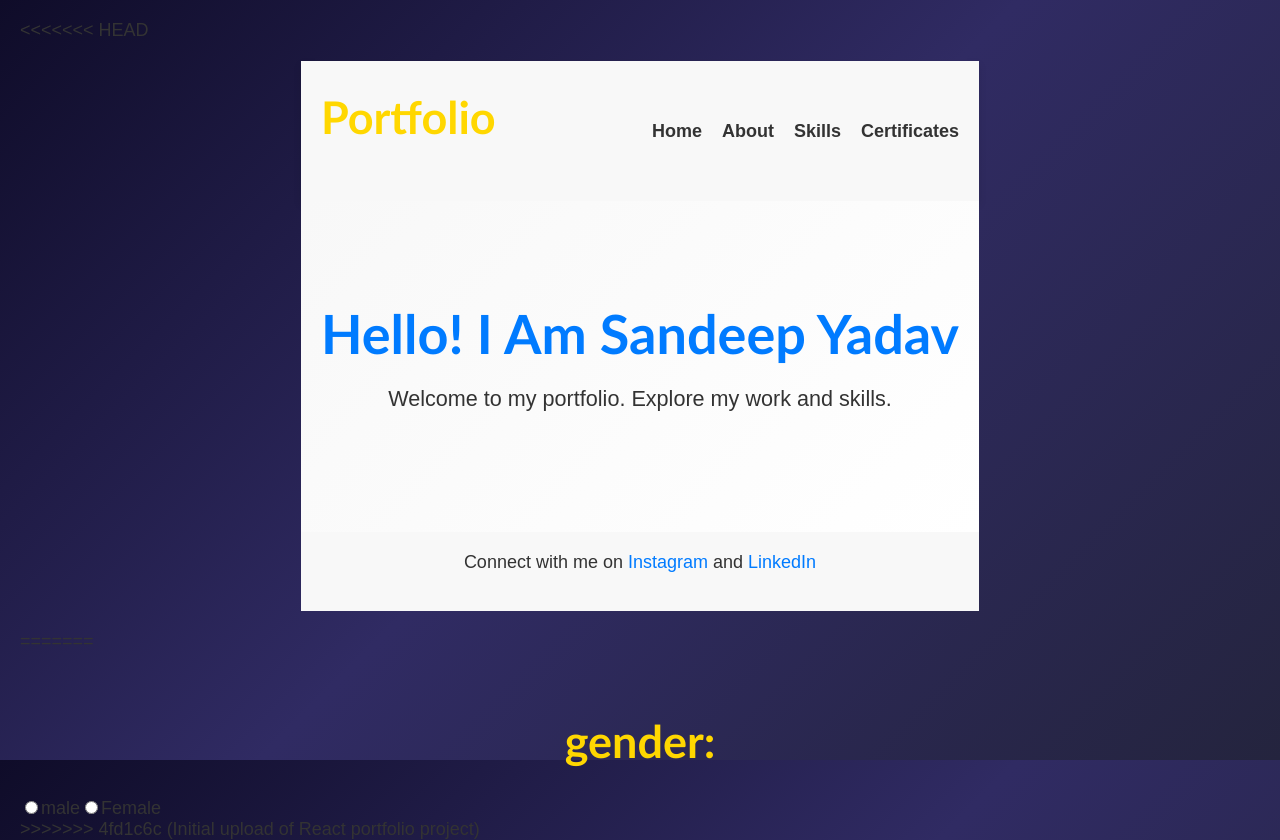
Repository: SandeepYadav18717/Sandeep_portfolio
Page: /
An editor plug-in stored every save of this project. The page is shown before and after the next save, followed by the edit.
The browser window is 1280 px wide. The pictures show the whole page.
The project was rebuilt for these pictures with package versions that can differ from the ones it lists, and the page was loaded fresh each time. Also part of the build but not shown: vite.config.js, src/index.css, src/App.css, src/Navbar/Navbar.jsx, src/Pages/Home.css, src/Pages/Index.jsx, src/Cards/Cards.jsx, src/Pages/Skills.jsx and 3 more.

Above is the page before, as saved 2025-08-30 07:46:11.

### index.html
<<<<<<< HEAD
 <!DOCTYPE html>
<html lang="en">
<head>
    <meta charset="UTF-8">
    <meta name="viewport" content="width=device-width, initial-scale=1.0">
    <title>Portfolio - Sandeep Yadav</title>
    <style>
        body {
            margin: 0;
            font-family: 'Arial', sans-serif;
            background-color: #ffffff;
            color: #333333;
            height: 100vh;
            display: flex;
            flex-direction: column;
            justify-content: space-between;
        }

        .container {
            max-width: 1200px;
            margin: 0 auto;
            padding: 20px;
            flex: 1;
        }

        .navbar {
            display: flex;
            justify-content: space-between;
            align-items: center;
            padding: 20px;
            background-color: #f8f8f8;
            box-shadow: 0 4px 8px rgba(0, 0, 0, 0.1);
            animation: slideIn 1s ease-out;
        }

        .navbar ul {
            list-style: none;
            display: flex;
            gap: 20px;
        }

        .navbar ul li {
            display: inline;
        }

        .navbar ul li a {
            color: #333333;
            text-decoration: none;
            font-weight: bold;
            transition: color 0.3s;
        }

        .navbar ul li a:hover {
            color: #007bff;
        }

        .hero {
            text-align: center;
            padding: 100px 20px;
            background: linear-gradient(135deg, #f8f8f8, #ffffff);
            animation: fadeIn 2s ease-in-out;
            flex: 1;
        }

        .hero h1 {
            font-size: 3em;
            margin: 0;
            color: #007bff;
            animation: bounceIn 1.5s ease-in-out;
        }

        .hero p {
            font-size: 1.2em;
            margin: 20px 0;
            color: #333333;
            animation: fadeIn 2s ease-in-out;
        }

        .hero a {
            display: inline-block;
            padding: 10px 20px;
            color: #ffffff;
            background-color: #007bff;
            text-decoration: none;
            border-radius: 5px;
            transition: background-color 0.3s;
            animation: fadeIn 2s ease-in-out;
        }

        .hero a:hover {
            background-color: #0056b3;
        }

        .footer {
            text-align: center;
            padding: 20px;
            background-color: #f8f8f8;
            animation: slideIn 1s ease-out;
        }

        .footer a {
            color: #007bff;
            text-decoration: none;
        }

        @keyframes slideIn {
            from {
                transform: translateY(-100%);
                opacity: 0;
            }
            to {
                transform: translateY(0);
                opacity: 1;
            }
        }

        @keyframes fadeIn {
            from {
                opacity: 0;
            }
            to {
                opacity: 1;
            }
        }

        @keyframes bounceIn {
            0%, 20%, 40%, 60%, 80%, 100% {
                transform: translateY(0);
            }
            50% {
                transform: translateY(-20px);
            }
        }
    </style>
</head>
<body>
    <div class="container">
        <nav class="navbar">
            <div class="logo">
                <h1>Portfolio</h1>
            </div>
            <ul>
                <li><a href="index.html">Home</a></li>
                <li><a href="about sandeep.html">About</a></li>
                <li><a href="Sandeep port experience.html">Skills</a></li>
                <li><a href="Sandeep port certifications.html">Certificates</a></li>
            </ul>
        </nav>

        <section class="hero" id="home">
            <h1>Hello! I Am Sandeep Yadav</h1>
            <p>Welcome to my portfolio. Explore my work and skills.</p>

        </section>

        <footer class="footer">
            <p>Connect with me on <a href="https://instagram.com/sandeepyadav782707?utm_source=qr&igshid=ZDc4ODBmNjlmNQ%3D%3D">Instagram</a> and <a href="https://www.linkedin.com/in/sandeep-yadav-0b6357210">LinkedIn</a></p>
        </footer>
    </div>
</body>
</html>
=======
<!doctype html>
<html lang="en">
  <head>
    <meta charset="UTF-8" />
    <link rel="icon" type="image/svg+xml" href="/vite.svg" />
    <meta name="viewport" content="width=device-width, initial-scale=1.0" />
    <title>Vite + React</title>
  </head>
  <body>
    <div id="root"></div>
    <script type="module" src="/src/main.jsx"></script>
  </body>
</html>
>>>>>>> 4fd1c6c (Initial upload of React portfolio project)

### src/App.jsx
import { useState } from 'react'
import reactLogo from './assets/react.svg'
import viteLogo from '/vite.svg'
import './App.css'
import Navbar from './navbar/Navbar'
import Home from './Pages/Index.jsx'
import Cards, { Card } from './Cards/Cards.jsx'
import Skills from './Pages/Skills.jsx'
import Index from './Pages/Index.jsx'
import Cert from './Certifitae/Certi.jsx'
import Contact from './Contact/contact.jsx'
import Checkbox from "./Practice/Checkbox.jsx"







function App() {

  return (
    <>
   <Checkbox/>







    </>
  )
}

export default App

### src/Practice/Checkbox.jsx
import { useState } from "react";

useState

function Checkbox(){
    const[Gender,setGender]=useState();
    function value(event){
        setGender(event.target.value)

    }



    return(

        <>
     <h1>gender: {Gender}</h1>

<input onClick={value}type="radio"
 name="gender"
 id="male"/>male

<input type="radio"
 name="gender"
 id="male"/>Female

     </>
    );
}
export default Checkbox

### src/Navbar/Navabr.css
@import url('https://fonts.googleapis.com/css2?family=Press+Start+2P&display=swap');

#container {
    height: 70px;
    width: 100%;
    display: flex;
    justify-content: space-evenly;
    align-items: center;
    font-family: 'Press Start 2P', cursive;
    color: #4e3940;
    background-color: transparent;
    transition: all 0.2s ease-in-out;
}
#container

.nav-item {
    padding: 10px 25px;
    border-radius: 10px;


    transition: all 0.4s ease;
}

#container .nav-item:hover {
    text-shadow: 2px 2px 5px whitesmoke;
    box-shadow: 0 10px 20px rgba(0,0,0,0.5);
    transform: translateY(-10px) scale(1.1);
    background-color:  #4e3940;
    color: whitesmoke;
    cursor: pointer;
}

body{
    background: linear-gradient(135deg,black);
    height: 100vh;
}

### src/Cards/Card.css
@import url('https://fonts.googleapis.com/css2?family=Montserrat:wght@400;700&display=swap');

#card-contain{
    display: flex;

    height:250px;
    margin-top: 10%;
    justify-content: center;
    border-radius: 25px;
    gap:4%



}


.Back {
  background: linear-gradient(135deg, #3a1c71, #d76d77, #ffaf7b);
  height: 250px;
  width: 250px;
  border-radius: 25px 80px 25px  80px;
  border: 3px double gold;
   margin-left: 0px;
   padding-left: 20px;
   padding-top: 20px;
  transition: transform 0s ease;
  box-shadow: 5px 10px 18px 5px black ;
  animation: card 1s ease-in-out 0s;

}
@keyframes card {
  0%{
    transform: scale(0.5);
    opacity: 0;


  }


  100%{
    transform: scale(1);
    opacity: 200;
  }

}

.Back:hover {
 transform: rotateY(180deg);
 height:400px;
 color: wheat;
  background: linear-gradient(135deg, #0f0c29, #302b63, #24243e);
  border: 3px solid gold;
  box-shadow: 5px 10px 18px  crimson;
  font-family:'Montserrat' ;
}

.Back-X {
  background: linear-gradient(-135deg, #3a1c71, #d76d77, #ffaf7b);
  height: 250px;
  width: 250px;
  padding-left: 20px;
  padding-top: 50px;
  border-radius: 50px;
   margin-left: 0px;
  transition: transform 0s ease;
  box-shadow: 5px 10px 18px 10px black;


}
.Back-X:hover {
  transform: rotateX(180deg);
 height:400px;
 padding-top: 20px;
 color: wheat;
  background: linear-gradient(135deg, #0f0c29, #302b63, #24243e);
  border: 3px solid gold;
  box-shadow: 5px 10px 18px  crimson;
  font-family:'Montserrat' ;



}

.card-1,.card-3  {
  border-radius: 25px;
  height: 250px;
   margin-left: 40px;
  color: transparent;
  transition: transform 1s ease;


}
.card-1:hover {
  transform: rotateY(180deg);


}


.card-2,.card-4 {

  height: 450px;
  width: 250px;
  border-radius: 25px;
   margin-left: 40px;
  transition: transform 1s ease;
  color: transparent;

}

.card-2:hover {
  transform: rotatex(180deg);

}


.card-3:hover {
  transform: rotateY(180deg);
   color: wheat;
}

.card-4:hover {
  transform: rotateX(180deg);

}
body{
 background: linear-gradient(135deg, #0f0c29, #302b63, #24243e);
            color: #f8f8f8;
            min-height: 100vh;
            padding: 20px;
}
h3{
  color: yellow;
  font-size: xx-large;
  margin-top:0% ;
}
h3:hover{
  color: yellow;

  margin-top:0% ;
}
p{
  margin-top: 0%;
}

### src/Pages/Skills.css


h1 {
  text-align: center;
  color: gold;
  font-family: 'Gill Sans', 'Gill Sans MT', Calibri, 'Trebuchet MS', sans-serif;
  margin-top: 20px;
  font-size: 250%;
  margin-top: 5%;
}
#card-skill {
  height: 200px;
  display: flex;

  align-items: center;
  gap:2%;
  border-radius: 20px;
  color: white;
  width:100%




}
.card-skill-1,.card-skill-2,.card-skill-3,.card-skill-4{
    background-color:  rgba(15, 12, 41, 0.7);
    border: 1px solid gold;
    height:145px;
    width:250px;
    background: rgba(15, 12, 41, 0.5);
    border-radius: 25px;
    margin-left: 4%;
    margin-top: 5%;
    text-align: center;
    color: #ffd700


 ;


}
.card-skill-1:hover,.card-skill-2:hover,.card-skill-3:hover,.card-skill-4:hover,.card-skill.h3:hover{
    border-color: #ffd700;
    box-shadow: 10px 15px 15px rgba(255, 215, 0, 0.2),  0 2.5px 5px crimson;
    transform: scale(1.3);
    border:2px, double ,gold;

}
.card-skill.h3 {
  color: yellow;
  background: transparent;
  display: inline-block;
  font-size: 20px;
  transition: transform 0.3s ease, color 0.3s ease;
  height: 35px;
  width:250px;
}

### src/Contact/contact.css
body{
    background-color: azure;
    color: aqua;
    font-size: large;
}
.input-box {
             display: inline-flex;
            align-items: center;
            gap: 15px;
            margin-top: 2%;
            padding: 18px 40px;
            background: linear-gradient(135deg, var(--gold) 0%, #B8860B 100%);
            color: var(--dark);
            border: none;
            font-weight: 600;
            border-radius: 2px;
            transition: var(--transition);
            box-shadow: 0 10px 30px rgba(212, 175, 55, 0.3);
            cursor: pointer;



}
@keyframes input {
   25% {
    transform: translateY(-1225px);
  }
  50% {
    transform: translateZ(100px) translateY(100px);
  }
  75% {
    transform: translateZ(1225px);
  }
}


.input-box:focus {
  border-color: #007bff;
  box-shadow: -4px 15px 25px rgba(240, 241, 243, 0.5);
  width: 500px;

}
button{
    display: inline-flex;
            align-items: center;

            gap: 15px;
            padding: 18px 40px;
            background: linear-gradient(to right, #ff9966, #ff5e62);
            color: Gold;
            border: yellow;
            font-weight: 600;
            border-radius: 2px;
            transition: var(--transition);
            box-shadow: 0 10px 30px rgba(212, 175, 55, 0.3);
            cursor: pointer;
}
button:hover{
     transform: translateY(-3px);
            box-shadow: 0 15px 40px rgba(212, 175, 55, 0.4);
}
#heading{
    font-size: xxx-large;
    color:  #f9dcdc;
    text-shadow: 1px 1px 4px  gold;
    text-align: center;
}

Loaded but not shown: src/main.jsx (common file); src/index.css (no copy from this time; the picture is the same without it)

After the next save:
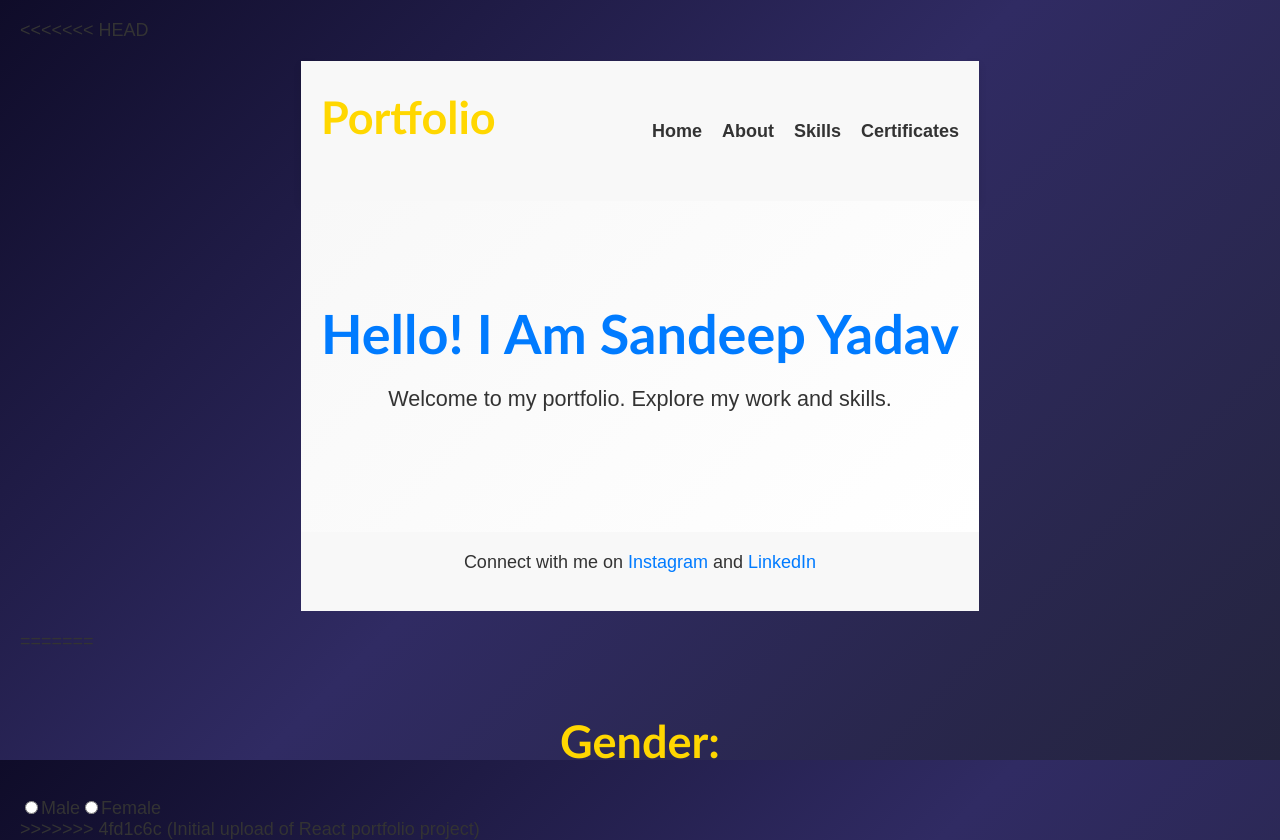
Saved 67 s later.
--- a/src/Practice/Checkbox.jsx
+++ b/src/Practice/Checkbox.jsx
@@ -1,30 +1,35 @@
 import { useState } from "react";
 
-useState
+function Checkbox() {
+  const [gender, setGender] = useState("");
 
-function Checkbox(){
-    const[Gender,setGender]=useState();
-    function value(event){
-        setGender(event.target.value)
+  function handleChange(event) {
+    setGender(event.target.value);
+  }
 
-    }
+  return (
+    <>
+      <h1>Gender: {gender}</h1>
 
+      <input
+        type="radio"
+        name="gender"
+        id="male"
+        value="Male"
+        onChange={handleChange}
+      />
+      <label htmlFor="male">Male</label>
 
+      <input
+        type="radio"
+        name="gender"
+        id="female"
+        value="Female"
+        onChange={handleChange}
+      />
+      <label htmlFor="female">Female</label>
+    </>
+  );
+}
 
-    return(
-
-        <>
-     <h1>gender: {Gender}</h1>
-
-<input onClick={value}type="radio"
- name="gender"
- id="male"/>male
-
-<input type="radio"
- name="gender"
- id="male"/>Female
-
-     </>
-    );
-}
-export default Checkbox
+export default Checkbox;
